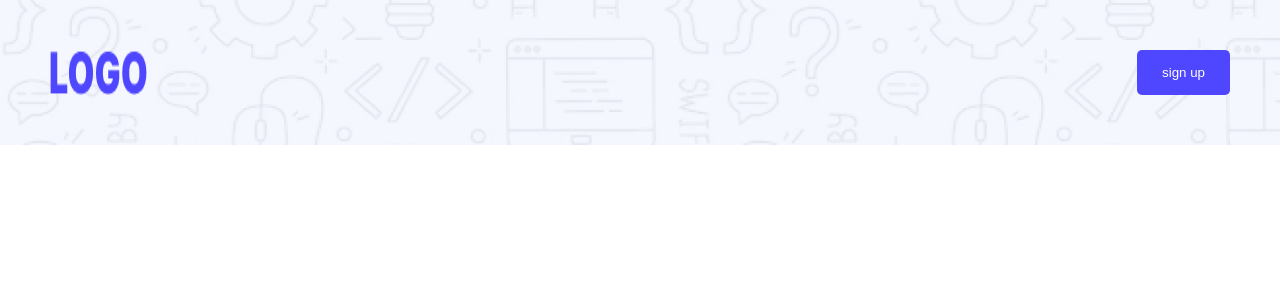
Repository: dollyrakhe22/landing-launchpad
Page: index.html
An editor plug-in stored every save of this project. The page is shown before and after the next save, followed by the edit.
The browser window is 1280 px wide. The pictures show the whole page.

Above is the page before, as saved 2025-07-10 22:48:21.

### index.html
<!DOCTYPE html>
<html lang="en">
<head>
    <meta charset="UTF-8">
    <meta name="viewport" content="width=device-width, initial-scale=1.0">
    <title>Landing Launchpad</title>
    <link rel="stylesheet" href="style.css">
</head>
<body>
    <header>

        <nav>
           <img src="Assets/LOGO.png" alt="" srcset="">
            <a href="#"><button>sign up</button></a>
        </nav>
    </header>
    <main>

    </main>
    <footer>

    </footer>
</body>
</html>

### style.css
*{
    padding: 0;
    margin: 0;
}
header{
    background-image: url("Assets/Hero-bg.png");

}
/*nav style*/
h2{
    color:#4E47FF;
}
nav{
    display: flex;
    justify-content: space-between;
    padding: 50px;
}
nav button{
    text-decoration: none;
    padding: 15px 25px;
    background-color:#4E47FF ;
    color:white;
    border-radius: 5px;
    border: none;



}

After the next save:
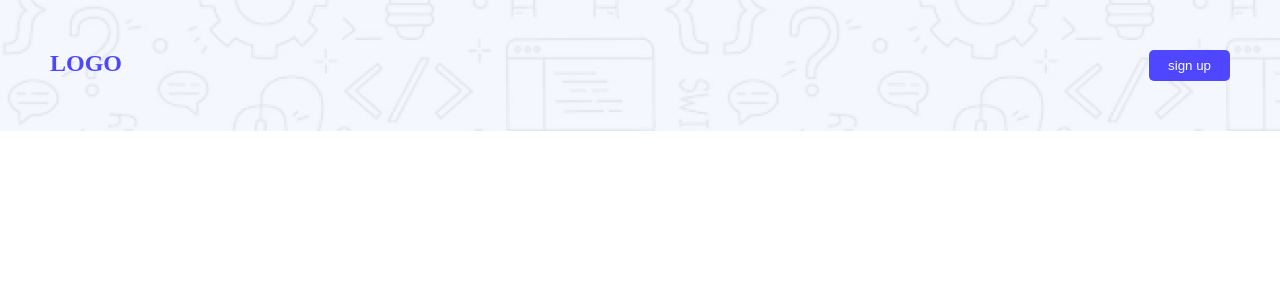
Saved 62 s later.
--- a/index.html
+++ b/index.html
@@ -10,7 +10,7 @@
     <header>
 
         <nav>
-           <img src="Assets/LOGO.png" alt="" srcset="">
+         <h2>LOGO</h2>
             <a href="#"><button>sign up</button></a>
         </nav>
     </header>
--- a/style.css
+++ b/style.css
@@ -17,7 +17,7 @@
 }
 nav button{
     text-decoration: none;
-    padding: 15px 25px;
+    padding: 8px 19px;
     background-color:#4E47FF ;
     color:white;
     border-radius: 5px;
